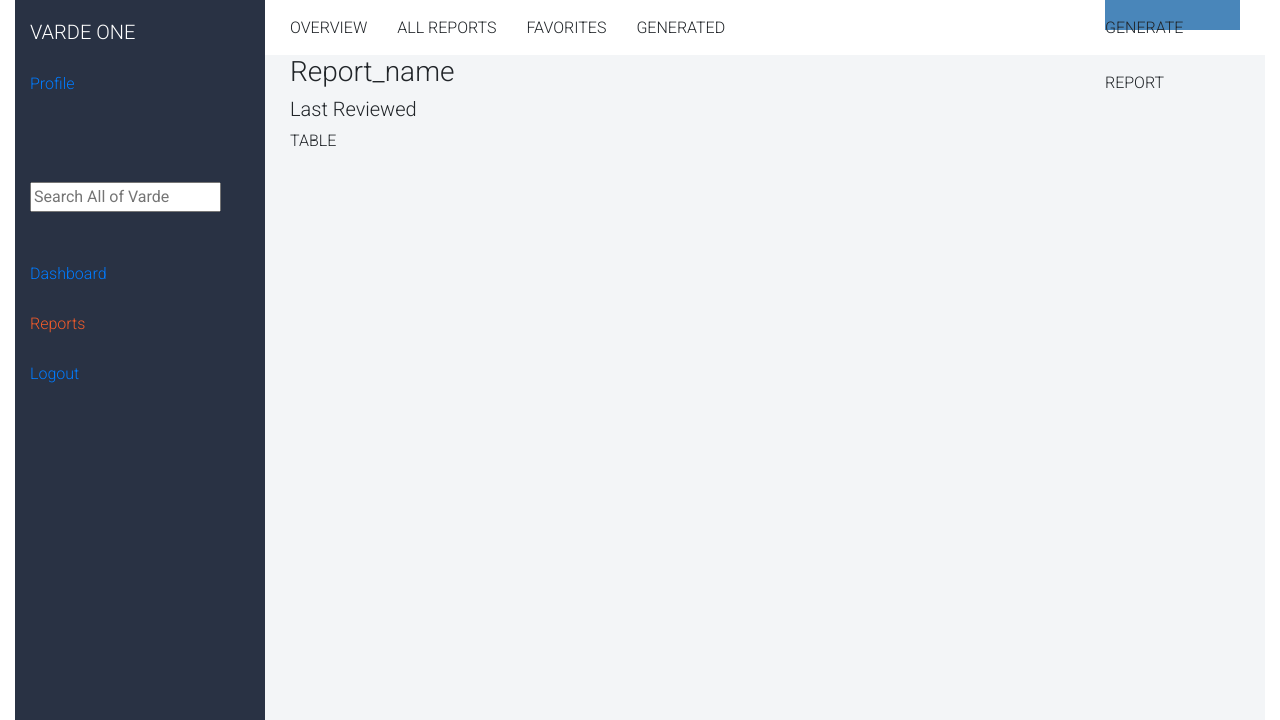
Repository: slavishtipkov/cra-redux
Page: /reports
An editor plug-in stored every save of this project. The page is shown before and after the next save, followed by the edit.
The browser window is 1280 px wide. The pictures show the whole page.
The project was rebuilt for these pictures with package versions that can differ from the ones it lists, and the page was loaded fresh each time.

Above is the page before, as saved 2019-07-09 14:05:03.

### src/index.js
import React from "react";
import ReactDOM from "react-dom";
import { BrowserRouter as Router } from "react-router-dom";

import * as serviceWorker from "./serviceWorker";

import "@fortawesome/fontawesome-free/css/all.min.css";
import "bootstrap-css-only/css/bootstrap.min.css";
import "mdbreact/dist/css/mdb.css";

import App from "./Components/App";

import "./index.css";

ReactDOM.render(
  <Router>
    <App />
  </Router>,
  document.getElementById("root")
);

// If you want your app to work offline and load faster, you can change
// unregister() to register() below. Note this comes with some pitfalls.
// Learn more about service workers: https://bit.ly/CRA-PWA
serviceWorker.unregister();

### src/index.css
@import-normalize;

#root {
  max-width: 1360px;
  min-width: 960px;
  margin: 0 auto;
}

### src/Components/App/App.js
import React, { Suspense, lazy } from "react";
import { Route, Switch } from "react-router-dom";

import SideBar from "../Common/SideBar";

import "./App.scss";

const Login = lazy(() => import("../../Containers/Login"));
const Profile = lazy(() => import("../../Containers/Profile"));
const Dashboard = lazy(() => import("../../Containers/Dashboard"));
const Reports = lazy(() => import("../../Containers/Reports"));
const NotFound = lazy(() => import("../Common/NotFound"));

const App = ({ childProps }) => {
  return (
    <div className="container-fluid">
      <SideBar />
      <Suspense fallback={<div>Loading...</div>}>
        <Switch>
          <Route path="/" exact component={Login} props={childProps} />
          <Route path="/profile" exact component={Profile} props={childProps} />
          <Route
            path="/dashboard"
            exact
            component={Dashboard}
            props={childProps}
          />
          <Route path="/reports" exact component={Reports} props={childProps} />
          <Route component={NotFound} />
        </Switch>
      </Suspense>
    </div>
  );
};

export default App;

### src/Components/App/App.scss
.container-fluid {
  width: 100%;
  height: 100vh;

  display: flex;
  align-items: stretch;

  .side-bar {
    width: 20%;
  }

  .page {
    width: 80%;
    background-color: #f3f5f7;

    .page-header {
      .page-header-nav {
        background-color: #ffffff;
        height: 55px;
        line-height: 55px;
        display: flex;
        justify-content: space-between;
        ul {
          display: flex;
          margin: 0;
          padding: 0;

          padding-left: 25px;

          li {
            display: block;
            margin-right: 30px;
          }
        }

        .generate-button {
          margin-right: 25px;
          height: 30px;
          width: 135px;
          background-color: #4986ba;
        }
      }
      .page-header-content {
        padding-left: 25px;
      }
    }

    .page-content {
      padding-left: 25px;
    }
  }
}

### src/Containers/Reports/index.js
import Reports from "./Reports";

export default Reports;

### src/Components/Common/SideBar/SideBar.js
import React from "react";
import { NavLink } from "react-router-dom";

import "./sideBar.scss";
import { MDBContainer, MDBRow, MDBCol } from "mdbreact";
const SideBar = () => {
  const activeStyle = { color: "#F15B2A" };

  return (
    <nav className="side-bar">
      <h5 className="heading">VARDE ONE</h5>
      <div className="profile-section">
        <NavLink to="/profile" activeStyle={activeStyle}>
          Profile
        </NavLink>
      </div>
      <div className="search-bar">
        <input type="text" placeholder="Search All of Varde" />
      </div>
      <div className="main-links">
        <NavLink to="/dashboard" activeStyle={activeStyle}>
          Dashboard
        </NavLink>
        <NavLink to="/reports" activeStyle={activeStyle} exact>
          Reports
        </NavLink>
      </div>
      <NavLink to="/logout" activeStyle={activeStyle}>
        Logout
      </NavLink>
    </nav>
  );
};

export default SideBar;

### src/Containers/Reports/Reports.js
import React from "react";

const Reports = () => (
  <div className="reports-page page">
    <div className="reports-page-header page-header">
      <div className="page-header-nav">
        <ul>
          <li>OVERVIEW</li>
          <li>ALL REPORTS</li>
          <li>FAVORITES</li>
          <li>GENERATED</li>
        </ul>
        <div className="generate-button">GENERATE REPORT</div>
      </div>
      <div className="page-header-content">
        <h3>Report_name</h3>
      </div>
    </div>
    <div className="page-content">
      <h5>Last Reviewed</h5>
      <div className="table">TABLE</div>
    </div>
  </div>
);

export default Reports;

### src/Components/Common/SideBar/sideBar.scss
.side-bar {
  display: flex;
  flex-direction: column;

  padding-left: 15px;
  padding-right: 15px;
  background-color: #293244;

  .heading {
    padding-top: 20px;
    padding-bottom: 20px;
    color: white;
  }

  .profile-section {
    height: 90px;
    margin-bottom: 20px;
  }

  .serach-bar {
    padding-top: 20px;
    margin-bottom: 50px;

    input {
      display: inline;
    }
  }

  .main-links {
    display: flex;
    flex-direction: column;
    margin-top: 50px;

    a {
      height: 50px;
      text-decoration: none;
    }
  }
}

Loaded but not shown: public/index.html (common file); src/serviceWorker.js (common file); src/Components/App/index.js (common file); src/Components/Common/SideBar/index.js (common file)

After the next save:
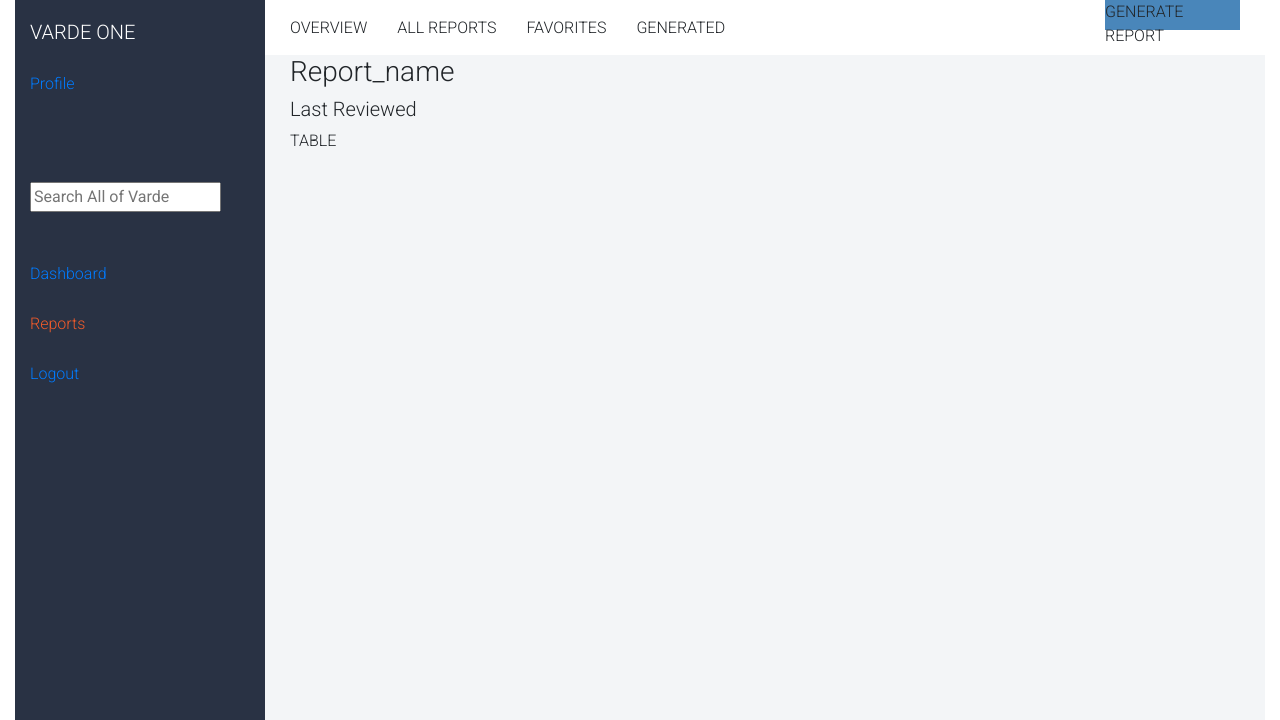
Saved 31 s later.
--- a/src/Components/App/App.scss
+++ b/src/Components/App/App.scss
@@ -16,14 +16,15 @@
     .page-header {
       .page-header-nav {
         background-color: #ffffff;
-        height: 55px;
-        line-height: 55px;
         display: flex;
         justify-content: space-between;
+
         ul {
           display: flex;
           margin: 0;
           padding: 0;
+          height: 55px;
+          line-height: 55px;
 
           padding-left: 25px;
 
